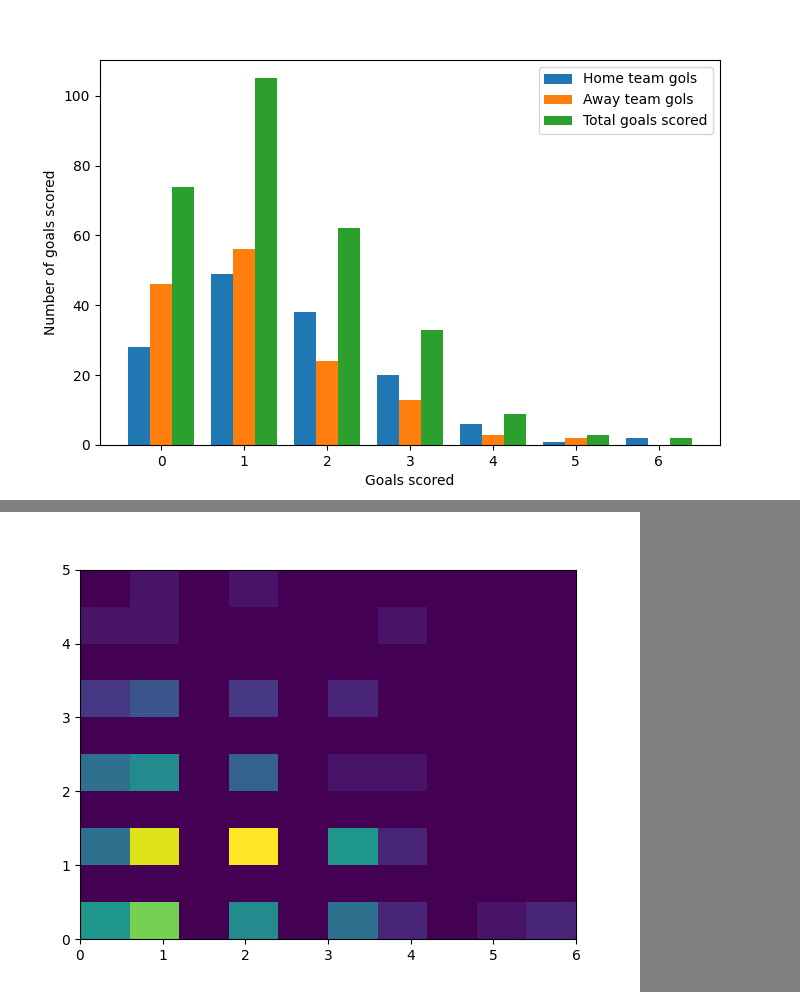
Repository: nelsonalexandrino/python_matplotlib_datavisualization_
Script's output: python Histograms.py
An editor plug-in stored every save of this project. The script's output is shown before and after the next save, followed by the edit.
Each picture stacks the figures in order, with grey between them; figures that are only written to a file come last. Random numbers start from a fixed seed.

Above is the script's output before, as saved 2019-08-25 12:55:20.

### Histograms.py
import matplotlib.pyplot as pyplot

with open('Goals.txt', 'r') as file:
    HomeTeamGoals = [int(x) for x in file.readline().strip(
        '\n').strip(' ').split(' ')]
    AwayTeamGoals = [int(x) for x in file.readline().strip(
        '\n').strip(' ').split(' ')]

total_goals = HomeTeamGoals + AwayTeamGoals
pyplot.figure(figsize=(8, 5))
pyplot.hist(x=(HomeTeamGoals, AwayTeamGoals, total_goals), bins=range(8),
            label=['Home team gols', 'Away team gols', 'Total goals scored'], align='left')
pyplot.legend()
pyplot.xlabel('Goals scored')
pyplot.ylabel('Number of goals scored')
pyplot.show()


pyplot.hist2d(x=HomeTeamGoals, y=AwayTeamGoals)
pyplot.figure(figsize=(8, 5))
pyplot.show()

### Goals.txt
6 0 2 1 2 1 2 2 2 0 1 3 0 3 1 0 4 1 3 3 6 2 0 0 4 1 2 1 1 0 1 3 0 1 1 1 3 1 3 0 2 2 2 1 2 2 1 2 1 2 1 2 4 0 1 1 2 2 2 0 2 2 0 0 2 3 2 2 3 0 3 3 0 1 0 0 2 1 1 3 1 3 1 1 0 2 0 3 3 3 2 0 0 1 4 1 0 2 1 1 2 2 0 2 1 1 2 3 1 4 4 1 2 2 2 1 0 0 5 1 1 1 0 1 1 0 2 1 3 2 1 1 1 0 1 1 3 2 1 3 1 2 1 1
0 2 1 0 0 1 1 1 2 2 0 1 2 1 0 0 4 2 0 1 0 1 4 0 1 3 0 1 0 2 5 0 0 1 3 2 1 0 3 1 3 0 1 1 1 1 1 2 0 0 2 0 0 0 1 1 2 1 1 0 1 1 1 3 0 1 1 1 3 3 1 0 0 3 2 0 0 3 2 0 0 0 1 0 3 5 2 2 1 1 3 0 1 0 2 2 1 2 2 4 1 1 0 2 1 1 1 1 3 1 0 1 1 1 3 1 2 0 0 1 0 0 1 0 0 1 2 0 1 0 1 1 0 1 2 1 0 1 2 0 1 0 1 2

After the next save:
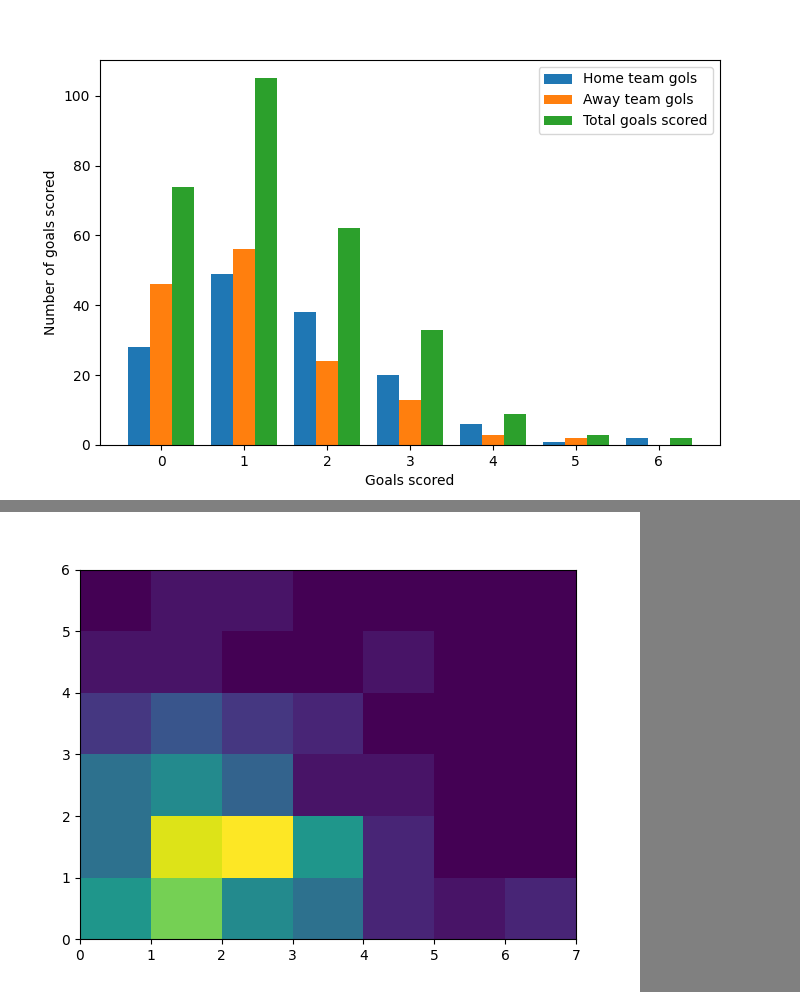
Saved 48 s later.
--- a/Histograms.py
+++ b/Histograms.py
@@ -16,6 +16,6 @@ pyplot.ylabel('Number of goals scored')
 pyplot.show()
 
 
-pyplot.hist2d(x=HomeTeamGoals, y=AwayTeamGoals)
+pyplot.hist2d(x=HomeTeamGoals, y=AwayTeamGoals, bins=(range(8), range(7)))
 pyplot.figure(figsize=(8, 5))
 pyplot.show()
